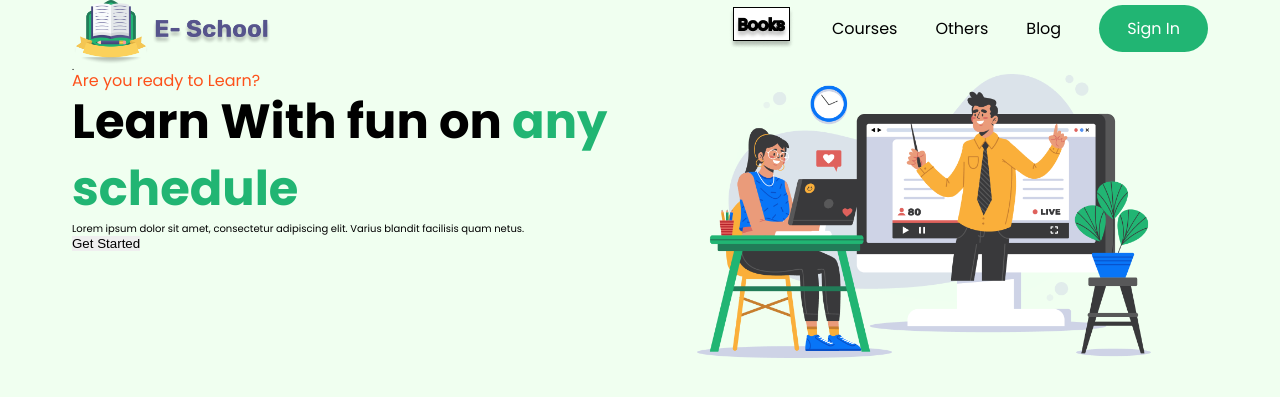
Repository: bijaythakur-code/E-school
Page: index.html
An editor plug-in stored every save of this project. The page is shown before and after the next save, followed by the edit.
The browser window is 1280 px wide. The pictures show the whole page.

Above is the page before, as saved 2022-05-11 15:25:24.
Console error: TypeError: Cannot set properties of null (setting 'textContent')

### index.html
<!DOCTYPE html>
<html lang="en">
  <head>
    <meta charset="UTF-8" />
    <meta http-equiv="X-UA-Compatible" content="IE=edge" />
    <meta name="viewport" content="width=device-width, initial-scale=1.0" />

    <link rel="preconnect" href="https://fonts.googleapis.com" />
    <link rel="preconnect" href="https://fonts.gstatic.com" crossorigin />
    <link
      href="https://fonts.googleapis.com/css2?family=Poppins:wght@400;500;700&family=Roboto&display=swap"
      rel="stylesheet"
    />

    <link rel="stylesheet" href="/css/general.css" />
    <link rel="stylesheet" href="/css/style.css" />
    <link rel="stylesheet" href="/css/queries.css" />
    <title>Starter Project</title>
  </head>
  <body>
    <header>
      <div class="container">
        <nav>
          <div class="logo">
            <a href="/">
              <img src="/img/logo.png" alt="E-school logo" />
            </a>
          </div>
          <ul class="main-nav">
            <li>
              <a href="/">
                <img src="/img/img-icon-books-nav.png" alt="E-school Books" />
              </a>
            </li>
            <li>
              <a class="nav-link" href="#">Courses</a>
            </li>
            <li>
              <a class="nav-link" href="#">Others</a>
            </li>
            <li>
              <a class="nav-link" href="#">Blog</a>
            </li>
            <li>
              <a class="sign-in nav-link" href="#">Sign In</a>
            </li>
          </ul>
        </nav>

        <!-- hero section -->
        .
        <div class="hero">
          <div class="hero-left">
            <p class="are-you-ready">Are you ready to Learn?</p>
            <h1>Learn With fun on <span class="h1-span">any schedule</span></h1>
            <p class="website-desc">
              Lorem ipsum dolor sit amet, consectetur adipiscing elit. Varius
              blandit facilisis quam netus.
            </p>
            <a href="#">
              <button class="btn-get-started">Get Started</button>
            </a>
          </div>
          <div class="hero-right">
            <img src="/img/image-hero.png" alt="E-school hero" />
        </div>
      </div>
    </header>
    <script src="js/script.js"></script>
  </body>
</html>

### css/general.css
/*
--- 01 TYPOGRAPHY SYSTEM

- Font sizes (px)


- Font weights
Default: 400
Medium: 500

Bold: 700


- Line heights
Default: 1
Small: 1.05
Medium: 1.2
Paragraph default: 1.6
Large: 1.8

- Letter spacing
-0.5px
0.75px

--- 02 COLORS

#000000 -- black
#21B573 -- primary
#FFFFFF -- white
#FD511A -- primary-shade-one
#413960 -- secondary
#585859 -- secondary-tint-one
#282531 -- footer background
#CDCDCD -- primary-tint-one

#F0FFF0 -- hero background

- Primary:
- Tints:


- Shades:


- Accents:
- Greys


--- 05 SHADOWS


--- 06 BORDER-RADIUS

Default: 9px
Medium: 11px

--- 07 WHITESPACE

- Spacing system (px)

*/

:root {
  /* COLORS VARIABLES */
  --primary-color: #21b573;
  --primary-shade-one: #fd511a;
  --primary-tint-one: #cdcdcd;

  --secondary-color: #413960;
  --secondary-tint-one: #585859;

  --hero-background: #f0fff0;
  --footer-background: #282531;

  --black-color: #000000;
  --white-color: #ffffff;
}

*,
*::after,
*::before {
  padding: 0;
  margin: 0;
  box-sizing: border-box;
}

html {
  /* font-size: 10px; */

  /* 10px / 16px = 0.625 = 62.5% */
  /* Percentage of user's browser font-size setting */
  font-size: 62.5%;

  /* Does NOT work on Safari */
  /* scroll-behavior: smooth; */
}

body {
  font-family: 'Poppins', sans-serif;
  line-height: 140%;
  font-weight: 400;
}

ul {
  list-style: none;
}

a {
  text-decoration: none;
}

img {
  max-width: 100%;
  height: auto;
}

button {
  border: none;
  outline: none;
  cursor: pointer;
}

/*=============== GENERAL REUSABLE CSS CLASSES ===============*/

.container {
  /* 1200px */
  max-width: 120rem;
  padding: 0 3.2rem;
  margin: 0 auto;
}

### css/style.css
/*=============== HEADER & NAV ===============*/

header {
  background-color: var(--hero-background);
  height: 100vh;
}
nav {
  display: flex;
  justify-content: space-between;
}

.main-nav {
  display: flex;
  justify-content: space-between;
  align-items: center;
  gap: 38px;
}

.logo {
  height: 60px;
  width: 200px;
}

.nav-link {
  font-family: 'Poppins', sans-serif;
  font-weight: 400;
  font-size: 16px;
  color: #000000;
}

.sign-in {
  color: #ffffff;
  padding: 12px 28px;
  width: 104px;
  height: 43px;
  background: #21b573;
  border-radius: 33px;
}

/* mobile menu */

/*=============== HERO SECTION ===============*/

.hero {
  display: flex;
}

.hero-left {
  width: 50%;
  display: flex;
  flex-direction: column;
}

.are-you-ready {
  font-family: 'Poppins', sans-serif;
  font-weight: 400;
  font-size: 16px;
  color: #fd511a;
}

h1 {
  font-family: 'Poppins', sans-serif;

  font-weight: 700;
  font-size: 48px;
  line-height: 140%;
  color: #000000;
}

.h1-span {
  color: #21b573;
}

.hero-right {
  width: 50%;
  display: flex;
  justify-content: center;
  align-items: center;
}

.hero-right img {
  width: 80%;
}

### css/queries.css
/* rem and em do NOT depend on html font-size in media queries! Instead, 1rem = 1em = 16px */

/**************************/
/* BELOW 1344px (Smaller desktops) */
/**************************/

@media (max-width: 84em) {
}

/**************************/
/* BELOW 1200px (Landscape Tablets) */
/**************************/

@media (max-width: 75em) {
  html {
    /* 9px / 16px  */
    font-size: 56.25%;
  }
}

/**************************/
/* BELOW 944px (Tablets) */
/**************************/

@media (max-width: 59em) {
  html {
    /* 8px / 16px = 0.5 = 50% */
    font-size: 50%;
  }
}

/**************************/
/* BELOW 704px (Smaller tablets) */
/**************************/

@media (max-width: 44em) {
}

/**************************/
/* BELOW 544px (Phones) */
/**************************/

@media (max-width: 34em) {
}

### js/script.js
///////////////////////////////////////////////////////////
// Set current year
const yearEl = document.querySelector('.year')
const currentYear = new Date().getFullYear()
yearEl.textContent = currentYear

///////////////////////////////////////////////////////////
// Make mobile navigation work

const btnNavEl = document.querySelector('.btn-mobile-nav')
const headerEl = document.querySelector('.nav-container')

btnNavEl.addEventListener('click', function () {
  headerEl.classList.toggle('nav-open')
})

///////////////////////////////////////////////////////////
// Smooth scrolling animation

const allLinks = document.querySelectorAll('a:link')

allLinks.forEach(function (link) {
  link.addEventListener('click', function (e) {
    e.preventDefault()
    const href = link.getAttribute('href')

    // Scroll back to top
    if (href === '#')
      window.scrollTo({
        top: 0,
        behavior: 'smooth',
      })

    // Scroll to other links
    if (href !== '#' && href.startsWith('#')) {
      const sectionEl = document.querySelector(href)
      sectionEl.scrollIntoView({ behavior: 'smooth' })
    }

    // Close mobile naviagtion
    if (link.classList.contains('nav-link'))
      headerEl.classList.toggle('nav-open')
  })
})

///////////////////////////////////////////////////////////
// Sticky navigation

const sectionHeroEl = document.querySelector('.hero')

const obs = new IntersectionObserver(
  function (entries) {
    const ent = entries[0]
    // console.log(ent)

    if (ent.isIntersecting === false) {
      document.body.classList.add('sticky')
    }

    if (ent.isIntersecting === true) {
      document.body.classList.remove('sticky')
    }
  },
  {
    // In the viewport
    root: null,
    threshold: 0,
    rootMargin: '-80px',
  }
)
obs.observe(sectionHeroEl)

After the next save:
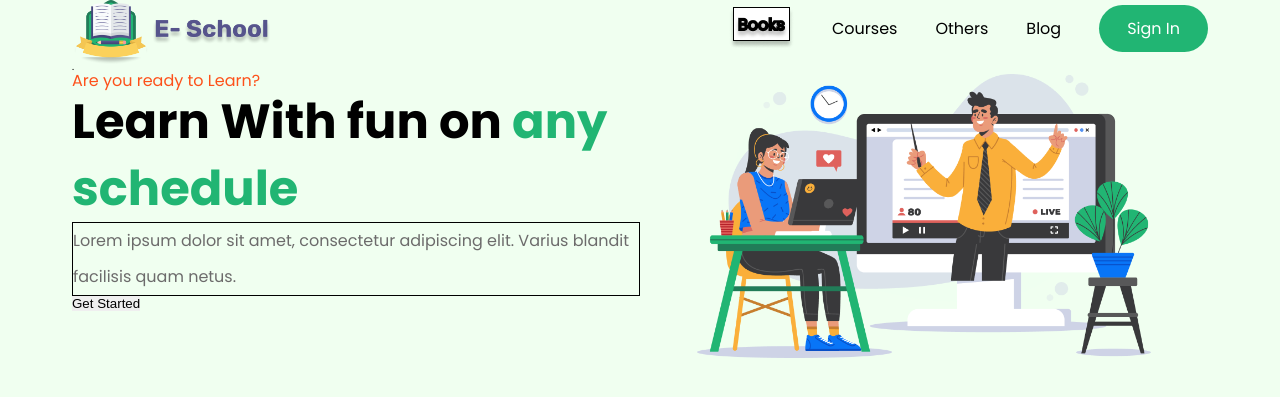
Saved 84 s later.
--- a/css/style.css
+++ b/css/style.css
@@ -71,6 +71,17 @@
   color: #21b573;
 }
 
+.website-desc {
+  font-family: 'Poppins', sans-serif;
+
+  font-weight: 400;
+  font-size: 16px;
+  line-height: 36px;
+  /* or 225% */
+  color: #6c6b6b;
+  border: 1px solid #000000;
+}
+
 .hero-right {
   width: 50%;
   display: flex;
